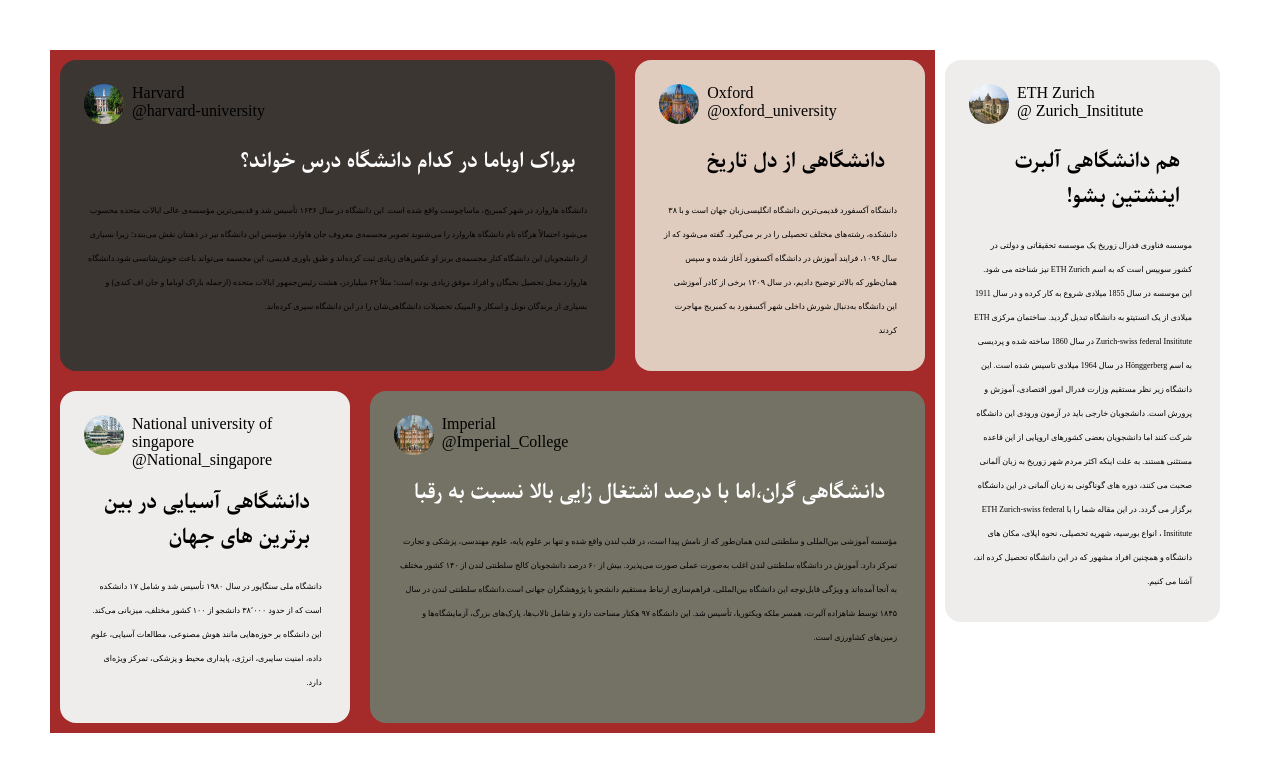
Repository: rahanwz/cards
Page: cards.html
These files come from the project's save history. The page is drawn as it stood at one moment and after a run of saves; the edit follows.
The browser window is 1280 px wide. The pictures show the whole page.

Above is the page before, as saved 2024-02-17 15:53:13.

### cards.html
<!DOCTYPE html>
<html lang="en">
  <head>
    <meta charset="UTF-8" />
    <meta name="viewport" content="width=device-width, initial-scale=1.0" />
    <title>Document</title>
    <link rel="stylesheet" href="cards.css" />
  </head>
  <body>
    <div class="container">
      <div class="boxcard1">
        <div class="cardcontainer big-card">
          <div class="card1">
            <div class="head">
              <div class="profile">
                <div class="profilecontaner">
                  <img
                    src="harvard-university-6591e0b9df73096be8d614ee.webp"
                    alt=""
                  />
                </div>
              </div>

              <div>
                <div class="user">Harvard</div>
                <div class="id">@harvard-university</div>
              </div>
            </div>
            <div class="descrip1" style="color: #ffffff;">بوراک اوباما در کدام دانشگاه درس خواند؟</div>
            <div class="descrip2">
              دانشگاه هاروارد در شهر کمبریج، ماساچوست واقع شده است. این دانشگاه
              در سال ۱۶۳۶ تأسیس شد و قدیمی‌ترین مؤسسه‌ی عالی ایالات متحده محسوب
              می‌شود احتمالاً هرگاه نام دانشگاه هاروارد را می‌شنوید تصویر
              مجسمه‌ی معروف جان هاوارد، مؤسس این دانشگاه نیز در ذهنتان نقش
              می‌بندد؛ زیرا بسیاری از دانشجویان این دانشگاه کنار مجسمه‌ی برنز او
              عکس‌های زیادی ثبت کرده‌اند و طبق باوری قدیمی، این مجسمه می‌تواند
              باعث خوش‌شانسی شود.دانشگاه هاروارد محل تحصیل نخبگان و افراد موفق
              زیادی بوده است؛ مثلاً ۶۲ میلیاردر، هشت‌ رئیس‌جمهور ایالات متحده
              (ازجمله باراک اوباما و جان اف کندی) و بسیاری از برندگان نوبل و
              اسکار و المپیک تحصیلات دانشگاهی‌شان را در این دانشگاه سپری
              کرده‌اند.
            </div>
          </div>
        </div>

        <div class="cardcontainer small-card">
          <div class="card2">
            <div class="head">
              <div class="profile">
                <div class="profilecontaner">
                  <img
                    src="oxford-university-jpg-6591b422df73096be8d6145c.webp"
                    alt=""
                  />
                </div>
              </div>
              <div>
                <div class="user">Oxford</div>
                <div class="id">@oxford_university</div>
              </div>
            </div>
            <div class="descrip1">دانشگاهی از دل تاریخ</div>
            <div class="descrip2">
              دانشگاه آکسفورد قدیمی‌ترین دانشگاه انگلیسی‌زبان جهان است و با ۳۸
              دانشکده، رشته‌های مختلف تحصیلی را در بر می‌گیرد. گفته می‌شود که از
              سال ۱۰۹۶، فرایند آموزش در دانشگاه آکسفورد آغاز شده و سپس همان‌طور
              که بالاتر توضیح دادیم، در سال ۱۲۰۹ برخی از کادر آموزشی این دانشگاه
              به‌دنبال شورش داخلی شهر آکسفورد به کمبریج مهاجرت کردند
            </div>
          </div>
        </div>

        <div class="cardcontainer small-card">
          <div class="card3">
            <div class="head">
              <div class="profile">
                <div class="profilecontaner">
                  <img src="nus-6591f1acdf73096be8d61515.webp" alt="" />
                </div>
              </div>

              <div>
                <div class="user">National university of singapore</div>
                <div class="id">@National_singapore</div>
              </div>
            </div>
            <div class="descrip1">دانشگاهی آسیایی در بین برترین های جهان</div>
            <div class="descrip2">
              دانشگاه ملی سنگاپور در سال ۱۹۸۰ تأسیس شد و شامل ۱۷ دانشکده‌ است که
              از حدود ۳۸٬۰۰۰ دانشجو از ۱۰۰ کشور مختلف، میزبانی می‌کند. این
              دانشگاه بر حوزه‌هایی مانند هوش مصنوعی، مطالعات آسیایی، علوم داده،
              امنیت سایبری، انرژی، پایداری محیط و پزشکی، تمرکز ویژه‌ای دارد.
            </div>
          </div>
        </div>
        <div class="cardcontainer big-card">
          <div class="card4">
            <div class="head">
              <div class="profile">
                <div class="profilecontaner">
                  <img
                    src="imperial-college-london-6591e911df73096be8d614fb.webp"
                    alt=""
                  />
                </div>
              </div>

              <div>
                <div class="user">Imperial</div>
                <div class="id">@Imperial_College</div>
              </div>
            </div>
            <div class="descrip1" style="color: #ffffff;">
              دانشگاهی گران،اما با درصد اشتغال زایی بالا نسبت به رقبا
            </div>
            <div class="descrip2">
              مؤسسه آموزشی بین‌المللی و سلطنتی لندن همان‌طور که از نامش پیدا
              است، در قلب لندن واقع شده و تنها بر علوم پایه، علوم مهندسی، پزشکی
              و تجارت تمرکز دارد. آموزش در دانشگاه سلطنتی لندن اغلب به‌صورت عملی
              صورت می‌پذیرد. بیش از ۶۰ درصد دانشجویان کالج سلطنتی لندن از ۱۴۰
              کشور مختلف به آنجا آمده‌اند و ویژگی قابل‌توجه این دانشگاه
              بین‌المللی، فراهم‌سازی ارتباط مستقیم دانشجو با پژوهشگران جهانی
              است.دانشگاه سلطنتی لندن در سال ۱۸۴۵ توسط شاهزاده آلبرت، همسر ملکه
              ویکتوریا، تأسیس شد. این دانشگاه ۹۷ هکتار مساحت دارد و شامل
              تالاب‌ها، پارک‌های بزرگ، آزمایشگاه‌ها و زمین‌های کشاورزی است.
            </div>
          </div>
        </div>
      </div>
      <div class="boxcard2">
        <div class="cardcontainer">
          <div class="card5">
            <div class="head">
              <div class="profile">
                <div class="profilecontaner">
                  <img src="zurich-eth-6591f083df73096be8d6150c.webp" alt="" />
                </div>
              </div>

              <div>
                <div class="user">ETH Zurich</div>
                <div class="id">@ Zurich_Insititute</div>
              </div>
            </div>
            <div class="descrip1" ">هم دانشگاهی آلبرت اینشتین بشو!</div>
            <div class="descrip2">
              موسسه فناوری فدرال زوریخ یک موسسه تحقیقاتی و دولتی در کشور سوییس
              است که به اسم ETH Zurich نیز شناخته می شود. این موسسه در سال 1855
              میلادی شروع به کار کرده و در سال 1911 میلادی از یک انستیتو به
              دانشگاه تبدیل گردید. ساختمان مرکزی ETH Zurich-swiss federal
              Insititute در سال 1860 ساخته شده و پردیسی به اسم Hönggerberg در
              سال 1964 میلادی تاسیس شده است. این دانشگاه زیر نظر مستقیم وزارت
              فدرال امور اقتصادی، آموزش و پرورش است. دانشجویان خارجی باید در
              آزمون ورودی این دانشگاه شرکت کنند اما دانشجویان بعضی کشورهای
              اروپایی از این قاعده مستثنی هستند. به علت اینکه اکثر مردم شهر
              زوریخ به زبان آلمانی صحبت می کنند، دوره های گوناگونی به زبان
              آلمانی در این دانشگاه برگزار می گردد. در این مقاله شما را با ETH
              Zurich-swiss federal Insititute ، انواع بورسیه، شهریه تحصیلی، نحوه
              اپلای، مکان های دانشگاه و همچنین افراد مشهور که در این دانشگاه
              تحصیل کرده اند، آشنا می کنیم.
            </div>
          </div>
        </div>
      </div>
    </div>
  </body>
</html>

### cards.css
* {
  padding: 0;
  margin: 0;
  box-sizing: border-box;
}

.container {
  display: flex;
  flex-direction: column;
  width: 100%;
  height: auto;
  padding: 3rem 2.5rem;
}

.head {
  display: flex;
}

.cardcontainer {
  width: 100%;
  padding: 10px;
}

.card1 {
  background-color: #3c3633;
  padding: 1.5rem;
  border-radius: 1rem;
}
.profile img {
  width: 40px;
  height: 40px;
  margin-right: 0.5rem;
  border-radius: 50%;
}

.descrip {
  padding-top: 1.5rem;
}

.card2 {
  background-color: #e0ccbe;
  padding: 1.5rem;
  border-radius: 1rem;
}
.card3 {
  background-color: #eeedeb;
  padding: 1.5rem;
  border-radius: 1rem;
}
.card4 {
  padding: 1.5rem;
  border-radius: 1rem;
  background-color: #747264;
}

.card5 {
  background-color: #eeedeb;
  padding: 1.5rem;
  border-radius: 1rem;
}

@media (min-width: 1024px) {
  .container {
    flex-direction: row;
    padding: 50px;
    height: 100%;
  }

  .boxcard1 {
    display: flex;
    width: 75%;
    height:20%;
    flex-wrap: wrap;
    background-color: brown;
  }

  .boxcard2 {
    width: 25%;
      height: 65%;
  }

  .big-card {
    width: 65%;
  }
  .small-card {
    width: 35%;
  }
  .card1,.card2,.card3,.card4,.card5{
    height: 100%;
  }

}
.descrip1,
.descrip2 {
  direction: rtl;
}

.descrip1{
 font-size:1.25rem;
 padding: 1rem;
 font-family: titr;
}

.descrip2{
  padding: .25rem;
  font-size:.5rem;
  line-height:1.5rem;
}


@font-face{
  font-family:titr;
  src: url(font/Parastoo-Bold-FD-WOL.woff);
}

After the next 2 saves:
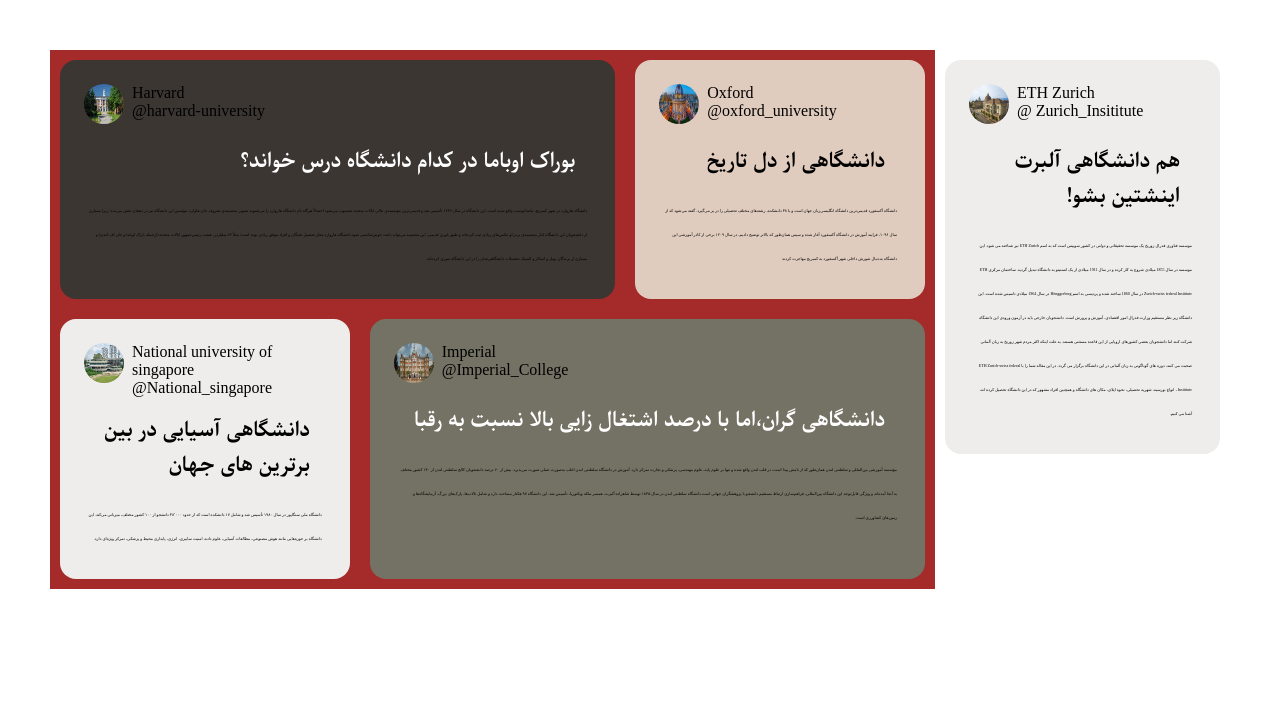
The 2 saves are shown as one change because they came seconds apart.
The last was saved 17 s later.
--- a/cards.css
+++ b/cards.css
@@ -103,7 +103,7 @@
 
 .descrip2{
   padding: .25rem;
-  font-size:.5rem;
+  font-size:.25rem;
   line-height:1.5rem;
 }
 
